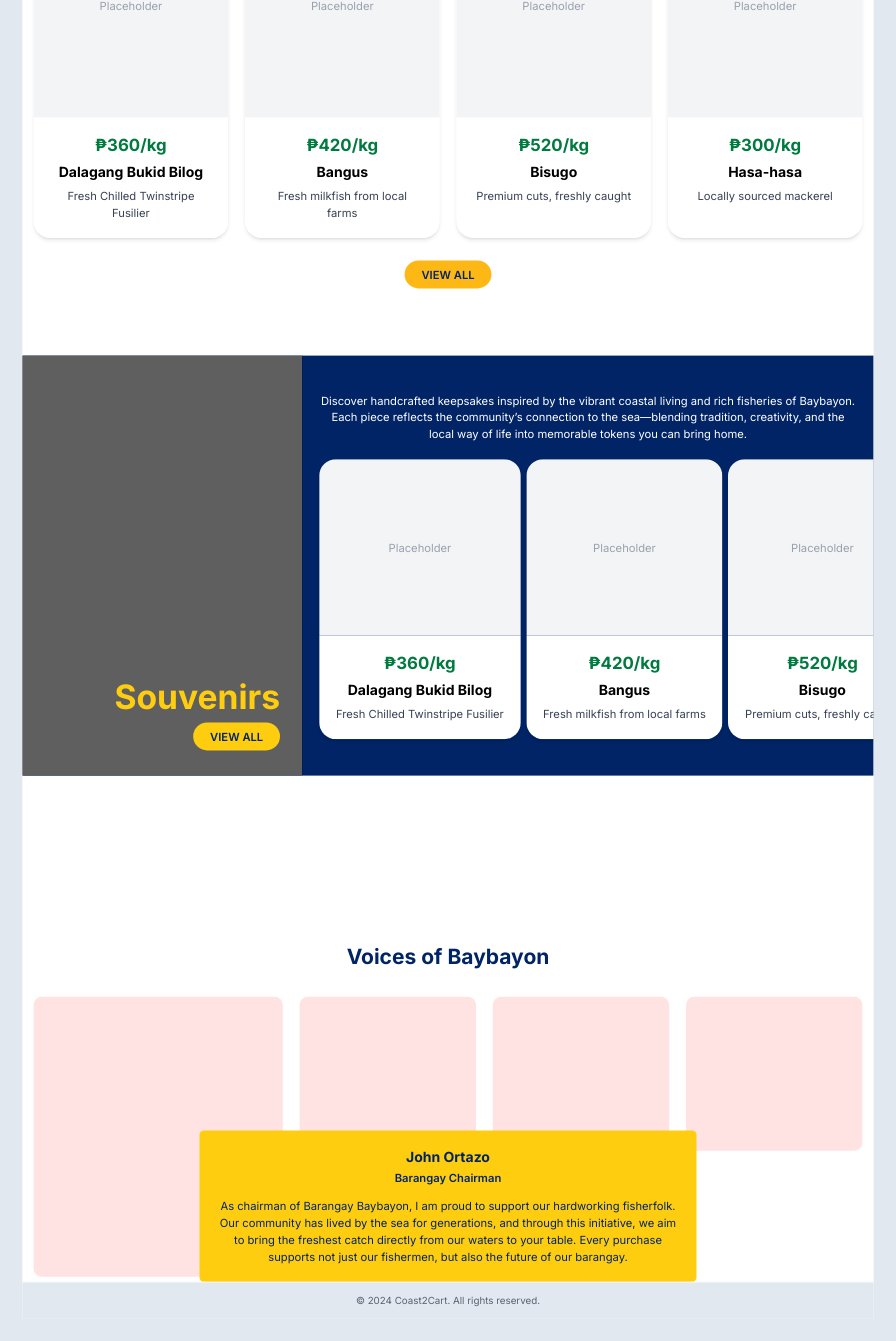
Repository: Coast2Card/coast2cart-frontend
Page: /
An editor plug-in stored every save of this project. The page is shown before and after the next save, followed by the edit.
The browser window is 1280 px wide. The pictures show the part of the page from y = 2360 to 4280 px (the page is 4276 px tall before and 4280 px after), at 70% of full size.
Pictures or frames that could not be fetched are drawn as grey boxes. The project was rebuilt for these pictures with package versions that can differ from the ones it lists, and the page was loaded fresh each time. Also part of the build but not shown: vite.config.js, src/pages/Seafood.jsx, src/pages/Souvenirs.jsx, src/pages/About.jsx, src/pages/Cart.jsx, src/pages/Profile.jsx, src/pages/Colors.jsx.

Above is the page before, as saved 2025-09-13 23:12:30.

### index.html
<!DOCTYPE html>
<html lang="en" data-theme="coast2cart">
  <head>
    <meta charset="UTF-8" />
    <!-- <link rel="icon" type="image/svg+xml" href="/vite.svg" /> -->
    <meta name="viewport" content="width=device-width, initial-scale=1.0" />
    <title>Coast2Cart</title>
  </head>
  <body>
    <div id="root"></div>
    <script type="module" src="/src/main.jsx"></script>
  </body>
</html>

### src/index.css
@import url("https://fonts.googleapis.com/css2?family=Inter:wght@300;400;500;600;700&family=Playfair+Display:wght@400;500;600;700&family=Outfit:wght@400;500;600;700&display=swap");
@import "tailwindcss";
@plugin "daisyui";
@plugin "daisyui/theme" {
  name: "coast2cart";
  default: true;
  prefersdark: false;
  color-scheme: "light";

  --color-base-100: #e2e8f0;
  --color-base-200: #ffffff;
  --color-base-300: #ffffff;
  --color-base-content: #1e293b;
  --color-primary: #012466;
  --color-primary-content: #ffffff;
  --color-secondary: #fdb815;
  --color-secondary-content: #ffffff;
  --color-accent: #f04c05;
  --color-accent-content: #ffffff;
  --color-neutral: #d9d9d9;
  --color-neutral-content: #1e293b;
  --color-info: #0ea5e9;
  --color-info-content: #ffffff;
  --color-success: #007a3f;
  --color-success-content: #ffffff;
  --color-warning: #f59e0b;
  --color-warning-content: #ffffff;
  --color-error: #ef4444;
  --color-error-content: #ffffff;

  --radius-selector: 1rem;
  --radius-field: 0.5rem;
  --radius-box: 1rem;
  --size-selector: 0.25rem;
  --size-field: 0.25rem;
  --border: 1px;
  --depth: 0;
  --noise: 0;

  /* 👇 New lighter secondary */
  --color-secondary-light: #ffcd0f;
  --color-secondary-light-content: #1e293b;
}

/* Custom Font Classes */
.font-primary {
  font-family: "Inter", sans-serif;
}

.font-display {
  font-family: "Inter", serif;
}

.font-outfit {
  font-family: "Outfit", sans-serif;
}

.font-inter {
  font-family: "Inter", sans-serif;
}

/* Global Styles */
body {
  font-family: "Inter", sans-serif;
}

h1,
h2,
h3,
h4,
h5,
h6 {
  font-family: "Inter", serif;
}

/* in src/index.css */
@utility max-w-8xl {
  max-width: 100rem;
}

@layer utilities {
  .bg-secondary-light {
    background-color: var(--color-secondary-light);
  }
  .text-secondary-light {
    color: var(--color-secondary-light);
  }
  .border-secondary-light {
    border-color: var(--color-secondary-light);
  }
}

### src/App.jsx
import { Routes, Route } from "react-router-dom";
import Layout from "./components/Layout";
import Home from "./pages/Home";
import Seafood from "./pages/Seafood";
import Souvenirs from "./pages/Souvenirs";
import About from "./pages/About";
import Cart from "./pages/Cart";
import Profile from "./pages/Profile";
import Colors from "./pages/Colors";
import "./App.css";

function App() {
  return (
    <Routes>
      {/* Routes with shared layout */}
      <Route path="/" element={<Layout />}>
        <Route index element={<Home />} />
        <Route path="seafood" element={<Seafood />} />
        <Route path="souvenirs" element={<Souvenirs />} />
        <Route path="about" element={<About />} />
        <Route path="cart" element={<Cart />} />
        <Route path="profile" element={<Profile />} />
        <Route path="colors" element={<Colors />} />
      </Route>
    </Routes>
  );
}

export default App;

### src/components/Layout.jsx
import { Outlet } from "react-router-dom";
import Navbar from "./Navbar";

const Layout = () => {
  return (
    <div className="min-h-screen bg-base-200">
      {/* Navigation Header */}
      <Navbar />

      {/* Main Content */}
      <main className=" mx-auto  ">
        <Outlet />
      </main>

      {/* Footer */}
      <footer className="bg-base-100 border-t border-base-300 mt-auto">
        <div className="max-w-7xl mx-auto py-4 px-4 sm:px-6 lg:px-8">
          <p className="text-center text-base-content/70 text-sm">
            © 2024 Coast2Cart. All rights reserved.
          </p>
        </div>
      </footer>
    </div>
  );
};

export default Layout;

### src/pages/Home.jsx
import homeBanner from "../assets/images/home_banner.jpg";
import baybayonLogo from "../assets/logos/c2c_white_transparent.png";
import fish1 from "../assets/images/home_fish1.png";
import fish2 from "../assets/images/home_fish2.png";
import fish3 from "../assets/images/home_fish3.png";
import fish4 from "../assets/images/home_fish4.png";
import fish5 from "../assets/images/home_fish5.png";
import HomeFeatures from "../components/home/HomeFeatures";
import HomeFreshCatch from "../components/home/HomeFreshCatch";
import HomeGallery from "../components/home/HomeGallery";
import HomeSouvenirs from "../components/home/HomeSouvenirs";
import CustomButton from "../components/CustomButton";
const Home = () => {
  return (
    <main className="relative overflow-x-hidden">
      {/* Home Banner */}
      <section className="w-full h-135 sm:h-[70vh] md:h-185 relative">
        <img
          src={homeBanner}
          alt="Home Banner"
          className="w-full h-full object-cover relative z-4"
          onError={(e) => {
            console.log("Image failed to load:", homeBanner);
            e.target.style.display = "none";
          }}
          onLoad={() => console.log("Image loaded successfully:", homeBanner)}
        />

        <div className="absolute inset-0 bg-black opacity-60 z-10"></div>

        <div className="absolute inset-0 z-20 flex items-start py-20 justify-center">
          <div className="text-center text-white">
            <h1 className="text-xl sm:text-2xl  font-extrabold font-display mb-[-15px] sm:mb-[-30px] md:mb-[-35px] lg:mb-[-30px]">
              Sea the best of Baybayon, from
            </h1>
            <img
              className="w-6/8 max-w-120 sm:w-6/8 md:4/8 lg:3/8 md:max-w-170 h-auto mx-auto "
              src={baybayonLogo}
            />
            <CustomButton text="Shop Now" className="mt-0 sm:mt-[-10px]" />
          </div>
        </div>
      </section>
      <section className=" relative overflow-hidden w-[140vw] flex items-center justify-center gap-4 sm:gap-6 mb-15 sm:mb-25   z-30 -mt-51 md:-mt-75 lg:-mt-75 left-1/2 -translate-x-1/2">
        <img
          src={fish1}
          alt="Fish 1"
          className="min-w-20 h-40 md:w-65 md:h-75  object-cover rounded-2xl"
        />
        <img
          src={fish2}
          alt="Fish 2"
          className="min-w-35 h-55  md:w-80 md:h-85 object-cover rounded-2xl"
        />
        <img
          src={fish3}
          alt="Fish 3"
          className="min-w-46 h-70 md:w-95 md:h-100 object-cover rounded-2xl"
        />
        <img
          src={fish4}
          alt="Fish 4"
          className="min-w-35 h-55 md:w-80 md:h-85 object-cover rounded-2xl"
        />
        <img
          src={fish5}
          alt="Fish 5"
          className="min-w-20 h-40 md:w-65 md:h-75 object-cover rounded-2xl"
        />
      </section>
      <section className="max-w-8xl mx-auto p-4 flex flex-col">
        <HomeFeatures className="mb-25" />
        <HomeGallery />
        <HomeFreshCatch />
      </section>
      <section className="flex flex-col lg:flex-row bg-primary max-w-8xl mx-auto w-full mb-60">
        <HomeSouvenirs />
      </section>
      <section className="flex flex-col gap-4 mx-4">
        <h1 className="text-primary text-center text-3xl font-bold mb-6">
          Voices of Baybayon
        </h1>
        <div className="flex flex-col gap-4">
          <div className="grid grid-cols-35 gap-6 h-100">
            <div className="col-span-11 bg-red-100 rounded-xl h-[100%]"></div>
            <div className="col-span-8 bg-red-100 rounded-xl h-[55%]"></div>
            <div className="col-span-8 bg-red-100 rounded-xl h-[55%]"></div>
            <div className="col-span-8 bg-red-100 rounded-xl h-[55%]"></div>
          </div>
          <div className="flex-flex-col gap-2 bg-[#FFCD0F] p-6 rounded-md text-[#012466] mx-auto w-[60%]  mt-[-19%]">
            <h2 className="font-bold text-xl mb-1">John Ortazo</h2>
            <p className="font-semibold mb-4">Barangay Chairman</p>
            <p className="">
              As chairman of Barangay Baybayon, I am proud to support our
              hardworking fisherfolk. Our community has lived by the sea for
              generations, and through this initiative, we aim to bring the
              freshest catch directly from our waters to your table. Every
              purchase supports not just our fishermen, but also the future of
              our barangay.
            </p>
          </div>
        </div>
      </section>
    </main>
  );
};

export default Home;

### src/components/home/HomeFeatures.jsx
import cartIcon from "../../assets/icons/cart.png";
import commentIcon from "../../assets/icons/comment.png";
import profileIcon from "../../assets/icons/profile.png";
import searchIcon from "../../assets/icons/search.png";

const features = [
  {
    icon: cartIcon,
    title: "Fresh Catch",
    description: "Daily seafood direct from local fishers.",
  },
  {
    icon: searchIcon,
    title: "Dried Goods",
    description: "High-quality dried seafood.",
  },
  {
    icon: commentIcon,
    title: "Souvenirs",
    description: "Souvenirs made by our community.",
  },
  {
    icon: profileIcon,
    title: "Marketplace",
    description: "Easy orders and pickup with fishing time.",
  },
];

const HomeFeatures = ({ className = "" }) => {
  return (
    <article className={` mx-auto w-full ${className}`}>
      <section className="grid grid-cols-1 sm:grid-cols-2 space-y-6 lg:grid-cols-4 gap-6 sm:w-[95%] lg:w-[90%] xl:w-[80%] mx-auto">
        {features.map((item, index) => (
          <div
            key={index}
            className="flex flex-col items-center justify-start gap-2"
          >
            <div className="bg-accent mb-2 p-11 sm:p-11 flex justify-center items-center rounded-full">
              <div className="bg-gray-300 rounded-xl p-1 h-14 w-14"></div>
            </div>
            <h3 className="text-2xl font-bold text-primary">{item.title}</h3>
            <h3 className="text-md text-center">{item.description}</h3>
          </div>
        ))}
      </section>
    </article>
  );
};

export default HomeFeatures;

### src/components/home/HomeFreshCatch.jsx
import { freshCatchItems } from "../../data/navigation";
import ItemCard from "./ItemCard";
const HomeFreshCatch = ({ className = "" }) => {
  return (
    <div className={`flex flex-col text-center ${className}`}>
      <h1 className="text-4xl font-bold text-accent mb-10">Fresh Catch</h1>
      <section className="grid grid-cols-1 sm:grid-cols-2 xl:grid-cols-4  gap-6 mb-8">
        {freshCatchItems.map((item) => (
          <ItemCard
            name={item.name}
            price={item.price}
            description={item.description}
            id={item.id}
          />
        ))}
      </section>
      <div className="mb-20">
        <button className="bg-secondary text-primary uppercase px-6 py-2 rounded-full text-md font-semibold hover:bg-secondary/90 transition-colors">
          View All
        </button>
      </div>
    </div>
  );
};

export default HomeFreshCatch;

### src/components/home/HomeGallery.jsx
import React from "react";
import homeGallery1 from "../../assets/images/home_gallery1.png";
import FishIcon from "../icons/FishIcon";
const HomeGallery = () => {
  return (
    <div className="w-full flex flex-col sm:flex-row gap-9 lg:gap-12 p-1 mb-20 items-center justify-center mx-auto max-w-8xl  ">
      <div className="flex flex-1 min-w-75 sm:h-150 md:min-w-105  w-full md:h-150 bg-blue-100 ">
        <img src={homeGallery1} className="w-full h-full object-cover  " />
      </div>
      <div className=" flex flex-col min-w-20  gap-4 justify-center">
        <h2 className="font-bold text-3xl lg:text-4xl text-primary mb-1">
          Fresh From the Sea, Straight to You
        </h2>
        <p className="text-md mb-4">
          Every day, the fishermen of Barangay Baybayon bring in the freshest
          catch from our coastal waters, ensuring top quality seafood for your
          table. Proudly harvested and carefully handled, we take pride in
          delivering the goodness of the sea with every haul.
        </p>
        <div className="flex items-start gap-4 text-primary mb-4">
          <div className="max-h-22 min-w-11 font-bold pt-0.5">
            <FishIcon />
          </div>
          <div className="flex flex-col">
            <h3 className="font-bold text-xl mb-2">Sustainably Caught</h3>
            <p className="text-black">
              Our Baybayon fisherfolk use responsible fishing practices that
              respect both the ocean and its future.
            </p>
          </div>
        </div>
        <div className="flex items-start gap-4 text-primary">
          <div className="max-h-22 min-w-11 font-bold pt-0.5">
            <FishIcon />
          </div>
          <div className="flex flex-col">
            <h3 className="font-bold text-xl mb-2">Guaranteed Freshness</h3>
            <p className="text-black">
              From the moment it is caught to the time it reaches you, every
              fish is handled with care to preserve its natural taste and
              nutrients.
            </p>
          </div>
        </div>
      </div>
    </div>
  );
};

export default HomeGallery;

### src/components/home/HomeSouvenirs.jsx
import React from "react";
import souvenirBanner from "../../assets/images/home_banner2.png";
import { freshCatchItems } from "../../data/navigation";
import ItemCard from "./ItemCard";
const HomeSouvenirs = () => {
  return (
    <>
      <div className="relative flex items-end justify-end h-90 lg:h-150 w-full min-w-100 lg:max-w-70">
        <div className="absolute flex items-end justify-end p-6 px-8 inset-0  bg-black opacity-40"></div>
        <div className="absolute flex items-end justify-start lg:justify-end  py-9 px-4 lg:px-8 inset-0 ">
          <div className="flex flex-col items-start lg:items-end">
            <h2 className="text-5xl font-bold text-secondary-light mb-3">
              Souvenirs
            </h2>
            <button className=" bg-secondary-light text-primary uppercase  px-6 py-2 rounded-full text-md  font-semibold hover:bg-secondary/90 transition-colors cursor-pointer">
              view all
            </button>
          </div>
        </div>
        <img
          className="w-full h-full object-cover object-top "
          src={souvenirBanner}
        />
      </div>
      <article className="flex-1 flex flex-col justify-center p-4 py-6 lg:p-6 text-white text-md gap-2">
        <p className="mb-4">
          Discover handcrafted keepsakes inspired by the vibrant coastal living
          and rich fisheries of Baybayon. Each piece reflects the community’s
          connection to the sea—blending tradition, creativity, and the local
          way of life into memorable tokens you can bring home.
        </p>
        <section className="flex grid-cols-1  w-[260%] lg:w-[190%] max-h-100 gap-2">
          {freshCatchItems.map((item, index) => {
            return (
              <ItemCard
                name={item.name}
                price={item.price}
                description={item.description}
                id={item.id}
              />
            );
          })}
        </section>
      </article>
    </>
  );
};

export default HomeSouvenirs;

### src/components/CustomButton.jsx
import React from "react";

const CustomButton = ({ text, className }) => {
  return (
    <button
      className={` bg-secondary text-primary uppercase px-6 py-2 rounded-full text-md  font-semibold hover:bg-secondary/90 transition-colors cursor-pointer ${className}`}
    >
      {text}
    </button>
  );
};

export default CustomButton;

### src/components/home/ItemCard.jsx
import React from "react";

const ItemCard = ({ id, price, name, description }) => {
  return (
    <div
      key={id}
      className="flex flex-col shadow-md overflow-hidden rounded-3xl"
    >
      <div className="bg-gray-100 h-80 flex items-center justify-center text-gray-400">
        Placeholder
      </div>
      <div className="bg-white p-6  flex flex-col gap-2 text-center items-center justify-center">
        <h3 className="text-success text-2xl font-bold">{price}</h3>
        <h3 className="text-black font-bold text-xl">{name}</h3>
        <p className="text-md text-gray-700">{description}</p>
      </div>
    </div>
  );
};

export default ItemCard;

### src/components/icons/FishIcon.jsx
import React from "react";

const FishIcon = () => {
  return (
    <div>
      <svg
        xmlns="http://www.w3.org/2000/svg"
        viewBox="0 0 256 256"
        className="text-primary fill-primary"
      >
        <rect width="256" height="256" fill="none" />
        <path d="M168,76a12,12,0,1,1-12-12A12,12,0,0,1,168,76Zm48.72,67.64c-19.37,34.9-55.44,53.76-107.24,56.1l-22,51.41A8,8,0,0,1,80.1,256l-.51,0a8,8,0,0,1-7.19-5.78L57.6,198.39,5.8,183.56a8,8,0,0,1-1-15.05l51.41-22c2.35-51.78,21.21-87.84,56.09-107.22,24.75-13.74,52.74-15.84,71.88-15.18,18.64.64,36,4.27,38.86,6a8,8,0,0,1,2.83,2.83c1.69,2.85,5.33,20.21,6,38.85C232.55,90.89,230.46,118.89,216.72,143.64Zm-4.3-100.07c-14.15-3-64.1-11-100.3,14.75a81.21,81.21,0,0,0-16,15.07,36,36,0,0,0,39.35,38.44,8,8,0,0,1,8.73,8.73,36,36,0,0,0,38.47,39.34,80.81,80.81,0,0,0,15-16C223.42,107.73,215.42,57.74,212.42,43.57Z" />
      </svg>
    </div>
  );
};

export default FishIcon;

Loaded but not shown: src/main.jsx (common file); src/App.css (common file); src/data/navigation.js (41 lines, source omitted); src/components/Navbar.jsx (169 lines, source omitted)

After the next save:
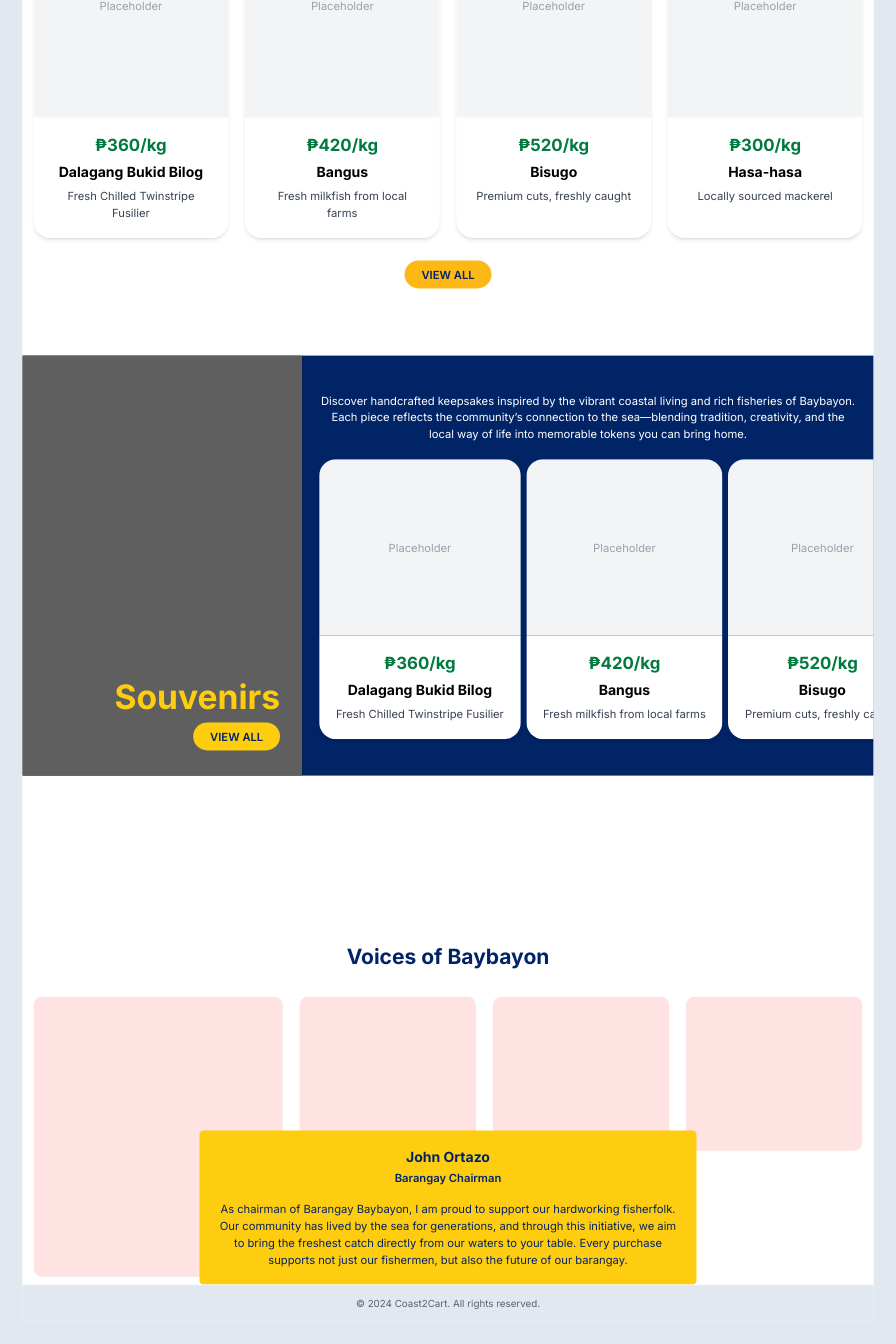
Saved 6 s later.
--- a/src/pages/Home.jsx
+++ b/src/pages/Home.jsx
@@ -89,7 +89,7 @@ const Home = () => {
           </div>
           <div className="flex-flex-col gap-2 bg-[#FFCD0F] p-6 rounded-md text-[#012466] mx-auto w-[60%]  mt-[-19%]">
             <h2 className="font-bold text-xl mb-1">John Ortazo</h2>
-            <p className="font-semibold mb-4">Barangay Chairman</p>
+            <p className="font-semibold mb-5">Barangay Chairman</p>
             <p className="">
               As chairman of Barangay Baybayon, I am proud to support our
               hardworking fisherfolk. Our community has lived by the sea for
